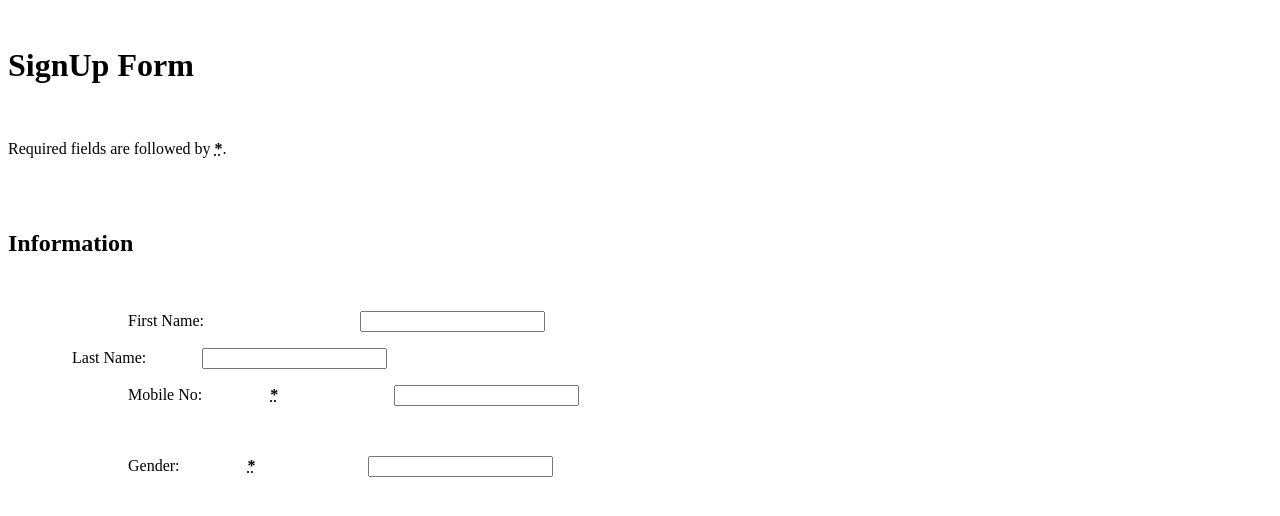
Repository: USChaurasiya/SpringCore
Page: http://localhost/SpringExample/
An editor plug-in stored every save of this project. The page is shown before and after the next save, followed by the edit.
The browser window is 1280 px wide. The pictures show the whole page.
The page is served by Tomcat 9.

Above is the page before, as saved 2017-02-14 07:29:35.

After the next save:
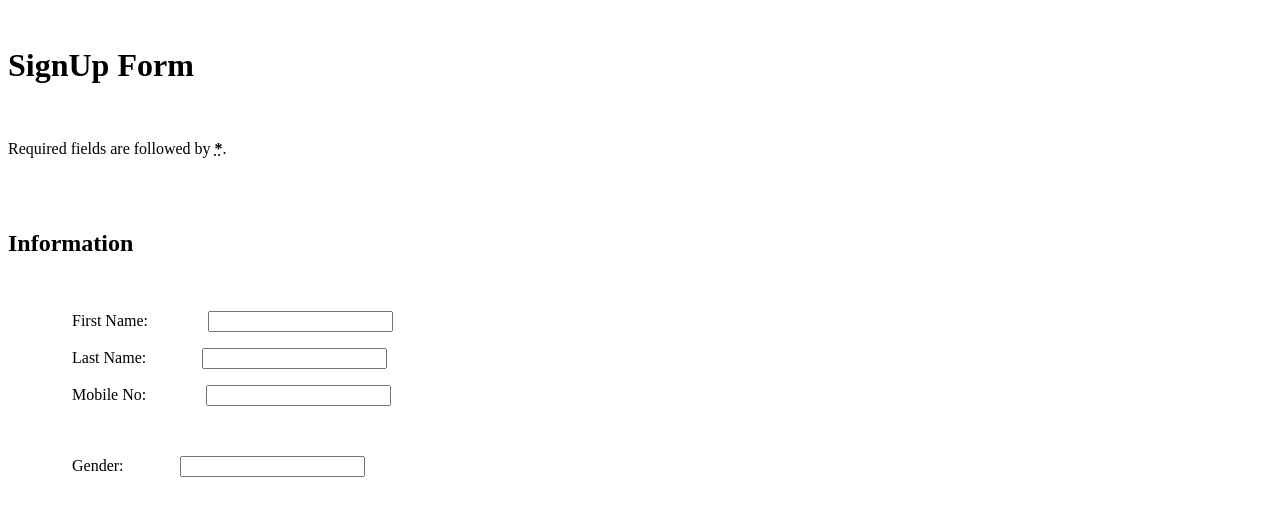
Saved 52 s later.
--- a/SpringExample/WebContent/Signup.jsp
+++ b/SpringExample/WebContent/Signup.jsp
@@ -16,28 +16,20 @@
             <h2>Information</h2>
 
             <p>
-
                 <span>First Name: </span>
-
-
               <input type="text"  name="fname">
             </p>
+
 			<p>
                 <span>Last Name: </span>
              <input type="text" name="lname">
             </p>
-<p>
-              <label for="name">
+			<p>
                 <span>Mobile No: </span>
-                <strong><abbr title="required">*</abbr></strong>
-              </label>
               <input type="text" name="mobile">
             </p>
             <p>
-              <label for="mail">
                 <span>Gender: </span>
-                <strong><abbr title="required">*</abbr></strong>
-              </label>
              <input type="text" name="gender">
             </p>
         </section>
